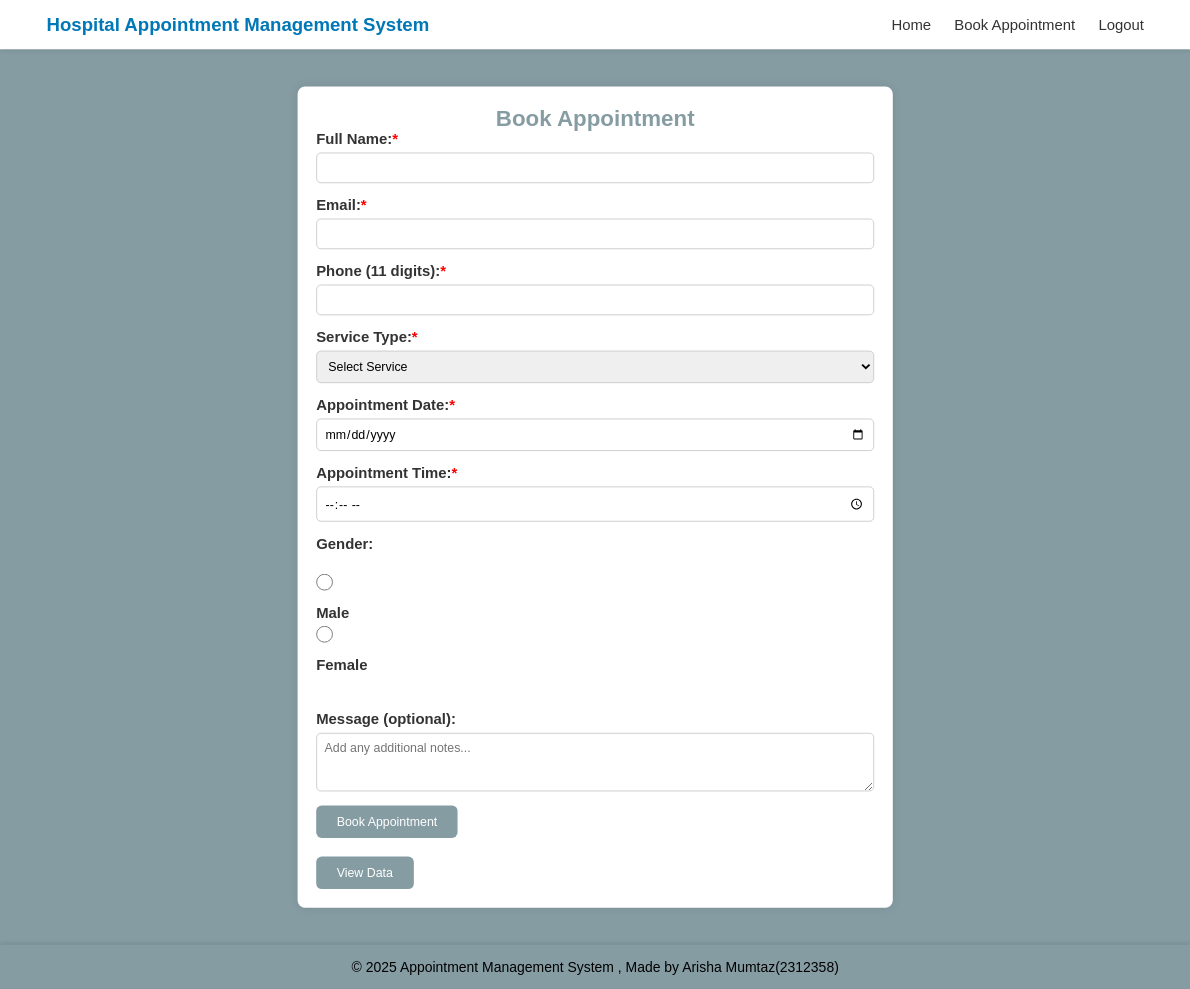
Repository: Arisha004/Hospital-appointment-management-system-
Page: http://localhost/
The author's editor kept a copy of each file at every save. The page is drawn from the files as they stood at one save, then again after the next save.
The browser window is 1280 px wide. The pictures show the whole page, at 93% of full size.
The page is run by PHP 8.4 with error messages shown; the project is at /var/www/html/.

Above is the page before, as saved 2025-11-16 14:42:18.

### index.php
<html>
<head>
<title>Book Appointment</title>
<link rel="stylesheet" href="style2.css">

</head>
<body>
 <header class="navbar">
    <div class="logo">Hospital Appointment Management System</div>
    <nav>
      <ul>
        <li><a href="landingpage.html">Home</a></li>
          <li><a href="index.php">Book Appointment</a></li>

          <li><a href="signup.php">Logout</a></li>
      </ul>
    </nav>
  </header>


<div class="container1">
  <h2>Book Appointment</h2>
  <form  action="insertappointmentform.php" method="POST">

    <label>Full Name:<span>*</span></label>
    <input type="text" name="full_name" required pattern="^[A-Za-z]{3,}( [A-Za-z]+)?$"  minlength="3"
       title="Name should contain only letters.">


    <label>Email:<span>*</span></label>
    <input type="email"
   name="email" required title="enter a valid email address">

    <label>Phone (11 digits):<span>*</span></label>
    <input type="number" name="phone" required pattern="[0-9]{11}" title="Phone number must be exactly 11 digits." maxlength="11">

    <label>Service Type:<span>*</span></label>
    <select name="service_type" required>
      <option value=""> Select Service </option>
      <option value="Consultation">Consultation</option>
      <option value="Follow-up">Follow-up</option>
      <option value="Check-up">Check-up</option>
      <option value="Emergency">Emergency</option>
    </select>

    <label>Appointment Date:<span>*</span></label>
    <input type="date" name="appointment_date" required min="<?php echo date('Y-m-d'); ?>">

    <label>Appointment Time:<span>*</span></label>
    <input type="time" name="appointment_time" required>



      <label>Gender:</label><br>
      <input type="radio" id="male" name="gender" value="Male">
      <label for="male">Male</label>
      <input type="radio" id="female" name="gender" value="Female">
      <label for="female">Female</label>
      <br><br>
      <!-- <label>Gender:<span>*</span></label>
    <select name="gender" required>
      <option value=""> Select Gender </option>
      <option value="Male">Male</option>
      <option value="Female">Female</option>
      <option value="Other">Other</option>
    </select> -->

    <label>Message (optional):</label>
    <textarea name="message"  rows="3"  placeholder="Add any additional notes..."></textarea>

    <input type="hidden" name="created_at" value="<?php echo date('Y-m-d H:i:s'); ?>">

    <button type="submit" name="submit"> Book Appointment </button>
  </form>


<div style="margin-top:20px;">
    <form action="list.php" method="get">
    <button type="submit">View Data</button>
    </form>
</div>
</div>

    <footer>
    <p>© 2025 Appointment Management System , Made by Arisha Mumtaz(2312358)</p>
  </footer>
</div>
</body>
</html>

### style2.css
  /* Reset and fonts */
* {
  margin: 0;
  padding: 0;
  box-sizing: border-box;
  font-family: 'Poppins', sans-serif;
}
  input[type='radio'] {
    width: 18px;
    height: 18px;
    accent-color: #2196F3;
    margin-right: 8px;
    cursor: pointer;
  }
  label {
    font-family: Arial, sans-serif;
    font-size: 16px;
    margin-right: 15px;
    cursor: pointer;
  }
body {
  background: #869CA3;
  color: #333;
}
  .container1 { width: 50%; margin: 40px auto; background: #fff; padding: 20px; border-radius: 8px; box-shadow: 0 0 10px rgba(0,0,0,0.1); }
  h2 { text-align: center; color: #869CA3; }
  label { font-weight: bold; display: block; margin-bottom: 5px; }
  input, select, textarea {
      width: 100%;
      padding: 8px;
      margin-bottom: 15px;
      border: 1px solid #ccc;
      border-radius: 5px;
  }
 /* Footer */
footer {
  text-align: center;
  padding: 15px;
  background-color:#869CA3;
        color: black;
  box-shadow: 0 -2px 5px rgba(0,0,0,0.1);
  font-size: 15px;

}
label span {
  color: red;
}

/* Navbar */
.navbar {
  display: flex;
  justify-content: space-between;
  align-items: center;
  padding: 15px 50px;
  background: #fff;
  box-shadow: 0 2px 5px rgba(0,0,0,0.1);
  position: sticky;
  top: 0;
  z-index: 10;
}

.navbar .logo {
  font-weight: 700;
    font-size: 20px;
  color: #0077b6;
}

.navbar ul {
  display: flex;
  list-style: none;
}

.navbar ul li a {
  text-decoration: none;
  color: #333;
  margin-left: 25px;
  transition: 0.3s;
}

.navbar ul li a:hover {
  color: #0077b6;
}

  button{

  display: inline-block;
  background-color: #869CA3;
  color: #fff;
  padding: 10px 22px;
  border: none;
  border-radius: 6px;
  cursor: pointer;
  font-weight: 500;

  transition: 0.3s;
   text-align: center;
}

button:hover {
  background-color: #7498a3;
  transform: translateY(-2px);
}

  input[type=submit] {
      background-color: #007bff;
      color: white;
      border: none;
      padding: 10px 15px;
      cursor: pointer;
      border-radius: 5px;
  }
  input[type=submit]:hover {
      background-color: #0056b3;
  }
  select[name="status"] {
    background-color: #f8f9fa;
    color: #495057;
    padding: 8px;
    margin-bottom: 15px;
    border: 1px solid #ced4da;
    border-radius: 5px;
    width: 100%;
}

select[name="status"] option[value="Pending"] { color: #ffc107; }
select[name="status"] option[value="Confirmed"] { color: #28a745; }
select[name="status"] option[value="Cancelled"] { color: #dc3545; }
select[name="status"] option[value="Completed"] { color: #17a2b8; }

After the next save:
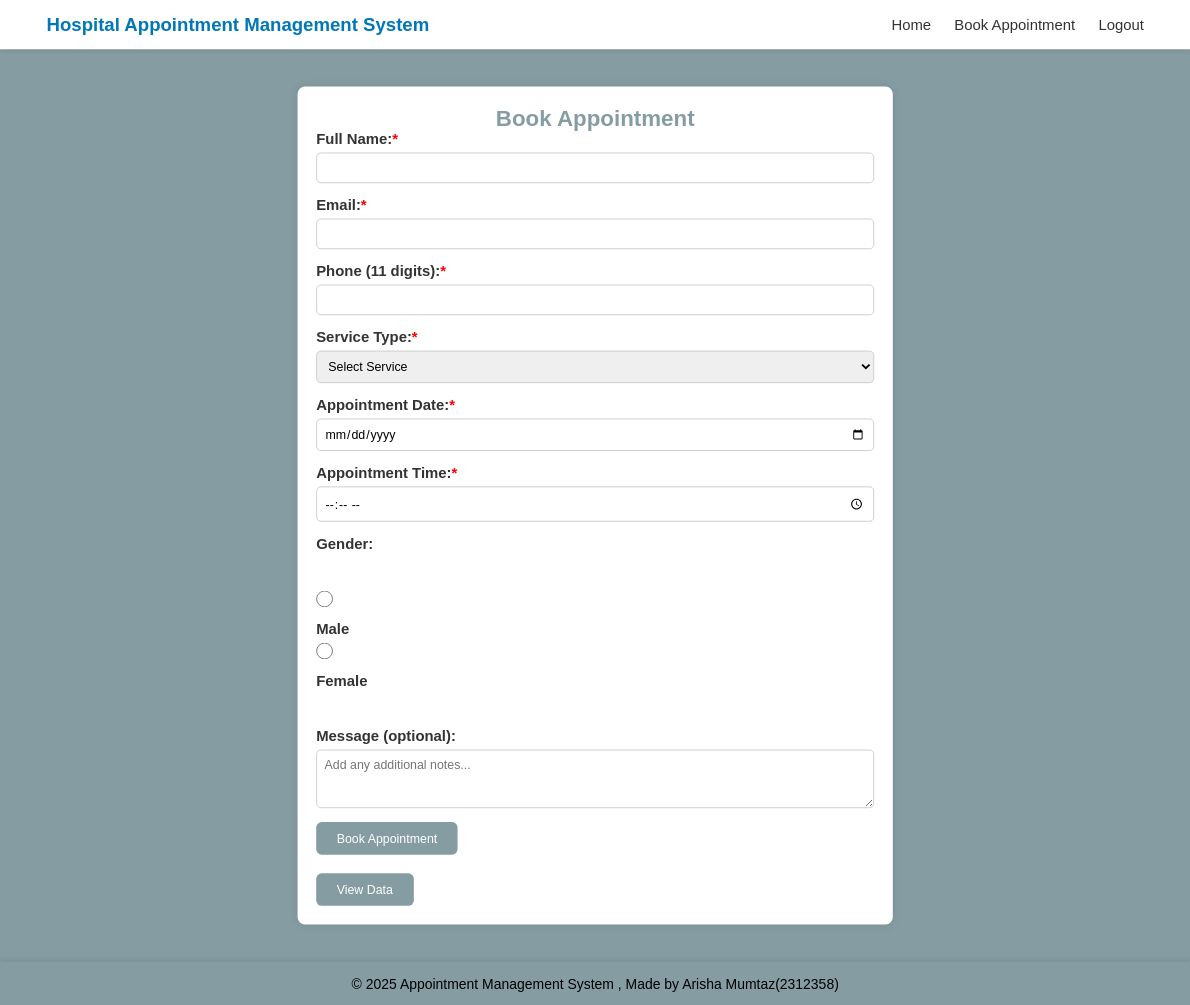
Saved 21 s later.
--- a/index.php
+++ b/index.php
@@ -51,7 +51,7 @@
 
 
 
-      <label>Gender:</label><br>
+      <label>Gender:</label><br><br>
       <input type="radio" id="male" name="gender" value="Male">
       <label for="male">Male</label>
       <input type="radio" id="female" name="gender" value="Female">
